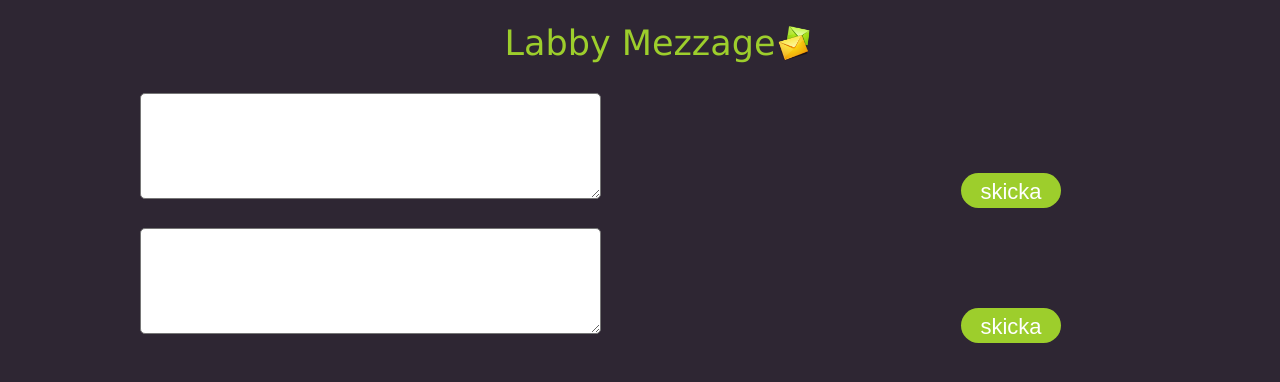
Repository: ad222kr/1dv403-laborationer
Page: 2-labbymezzage/index.html
The author's editor kept a record of every edit. The page is drawn from the files as they stood at one moment, then again after the next edit.
The browser window is 1280 px wide. The pictures show the whole page.

Above is the page before.

After the next edit:
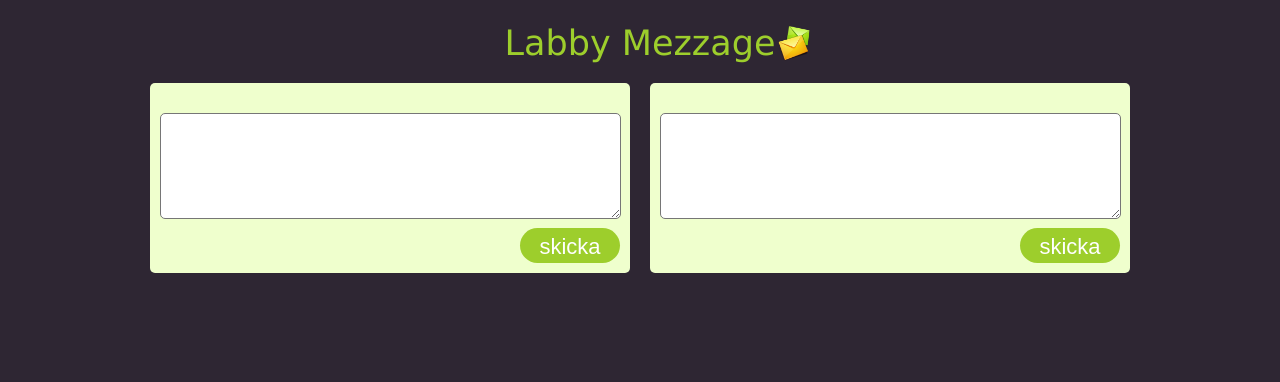
The edit:
--- a/2-labbymezzage/index.html
+++ b/2-labbymezzage/index.html
@@ -11,8 +11,8 @@
         <div id ="container">
             <header><h1>Labby Mezzage</h1></header>
             <div id="content">
-                  <div id="board1" class="messages"></div>
-                  <div id="board2" class="messages"></div>
+                  <div id="board1" class="board"></div>
+                  <div id="board2" class="board"></div>
             </div>
         </div>
         <script src="js/Message.js"></script>
